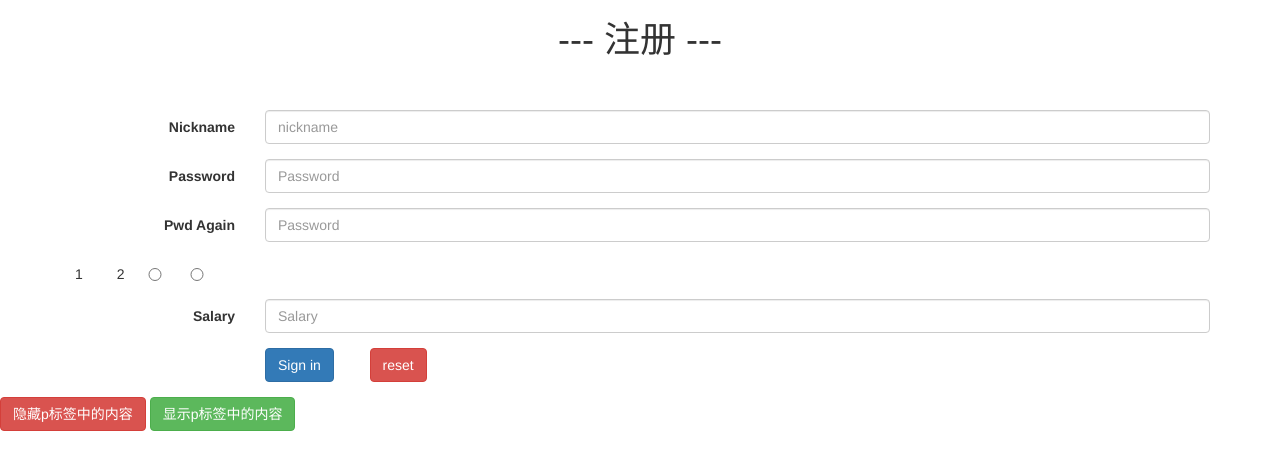
Repository: JuniorProjectTraining/free
Page: http://localhost/emss/register.jsp
These files come from the project's save history. The page is drawn as it stood at one moment and after the next save; the edit follows.
The browser window is 1280 px wide. The pictures show the whole page.
Some web libraries are served in a nearby version. The page is served by Tomcat 9. Other server files are loaded and not shown.

Above is the page before, as saved 2019-12-25 08:29:03.

### emss/src/main/webapp/register.jsp
<%@ page language="java" contentType="text/html; charset=UTF-8"
    pageEncoding="UTF-8"%>
<!DOCTYPE html>
<html lang="zh-CN">
<head>
<meta charset="UTF-8">
<title>注册界面</title>

<meta http-equiv="X-UA-Compatible" content="IE=edge">
<meta name="viewport" content="width=device-width, initial-scale=1">
<!-- 上述3个meta标签*必须*放在最前面，任何其他内容都*必须*跟随其后！ -->
<title>Bootstrap 101 Template</title>

<!-- 引入jquery框架 -->
<script src="https://cdn.staticfile.org/jquery/1.10.2/jquery.min.js"></script>

<!-- Bootstrap -->

<link
	href="https://cdn.jsdelivr.net/npm/bootstrap@3.3.7/dist/css/bootstrap.min.css"
	rel="stylesheet">

    <style type="text/css">
    	input{
    		width: 200px;
    	}

    </style>

</head>


<body>
	<div class="container">
		<h1 style="text-align: center;"> --- 注册 ---</h1>
		<br>
		<br>

		<form class="form-horizontal" action="${pageContext.request.contextPath}/EmpServlet?cmd=register"
		method="post">

			<div class="form-group">
				<label for="nickname" class="col-sm-2 control-label">Nickname</label>
				<div class="col-sm-10">
					<input type="text" class="form-control" id="nickname"
						placeholder="nickname" name="nickname" onclick="nMsg()">
				</div>
				<span id = "nicknameSpan"></span>
			</div>

			<div class="form-group">
				<label for="password1" class="col-sm-2 control-label">Password</label>
				<div class="col-sm-10">
					<input type="password" class="form-control" id="password1"
						placeholder="Password" name="password">
				</div>
				<span id = "password1Span"></span>
			</div>

			<div class="form-group">
				<label for="password2" class="col-sm-2 control-label">Pwd Again</label>
				<div class="col-sm-10">
					<input type="password" class="form-control" id="password2"
						placeholder="Password">
				</div>
				<span id = "password2Span"></span>
			</div>

			<div class="form-group">
				<label class="radio-inline">
  					<input type="radio" name="inlineRadioOptions" id="inlineRadio1" value="option1"> 1
				</label>
				<label class="radio-inline">
  					<input type="radio" name="inlineRadioOptions" id="inlineRadio2" value="option2"> 2
				</label>
			</div>

			<div class="form-group">
				<label for="salary" class="col-sm-2 control-label">Salary</label>
				<div class="col-sm-10">
					<input type="text" class="form-control" id="salary"
						placeholder="Salary" name="salary">
				</div>
				<span id = "salarySpan"></span>
			</div>

			<div class="form-group">
				<div class="col-sm-offset-2 col-sm-10">
					<button type="submit" class="btn btn-primary">Sign in</button>
					&emsp;&emsp;
					<button type="reset" class="btn btn-danger">reset</button>
				</div>
			</div>

		</form>
	</div>

	<!-- /container -->
	<!-- jQuery (Bootstrap 的所有 JavaScript 插件都依赖 jQuery，所以必须放在前边) -->
	<script
		src="https://cdn.jsdelivr.net/npm/jquery@1.12.4/dist/jquery.min.js"></script>
	<!-- 加载 Bootstrap 的所有 JavaScript 插件。你也可以根据需要只加载单个插件。 -->
	<script
		src="https://cdn.jsdelivr.net/npm/bootstrap@3.3.7/dist/js/bootstrap.min.js"></script>

		<button id="hideP" class="btn btn-danger">隐藏p标签中的内容</button>
		<button id="showP" class="btn btn-success">显示p标签中的内容</button>

</body>

<script type="text/javascript">

	/* 当光标放入到nickname的输入框中, 则提示输入信息 */
	function nMsg(){
		// alert("点击了nickname输入框");

		// 获取对应的span标签,
		var nSpan = document.getElementById("nicknameSpan");

		// 在span标签中显示提示内容
		nSpan.innerHTML = "<font color='blue'>请输入8到16位的昵称</font>";
	}

	/* 当光标放入到password的输入框中, 则提示输入信息 */
	function nMsg(){
		var nSpan = document.getElementById("password");
		nSpan.innerHTML = "<font color='blue'>请输入8到16位的密码</font>";
	}

	/* 当光标放入到pwd again的输入框中, 则提示输入信息 */
	function nMsg(){
		var nSpan = document.getElementById("password");
		nSpan.innerHTML = "<font color='blue'>请重复输入相同的密码</font>";
	}

	/* 当光标放入到password的输入框中, 则提示输入信息 */
	function nMsg(){
		var nSpan = document.getElementById("password");
		nSpan.innerHTML = "<font color='blue'>请输入工资</font>";
	}

</script>
</html>

After the next save:
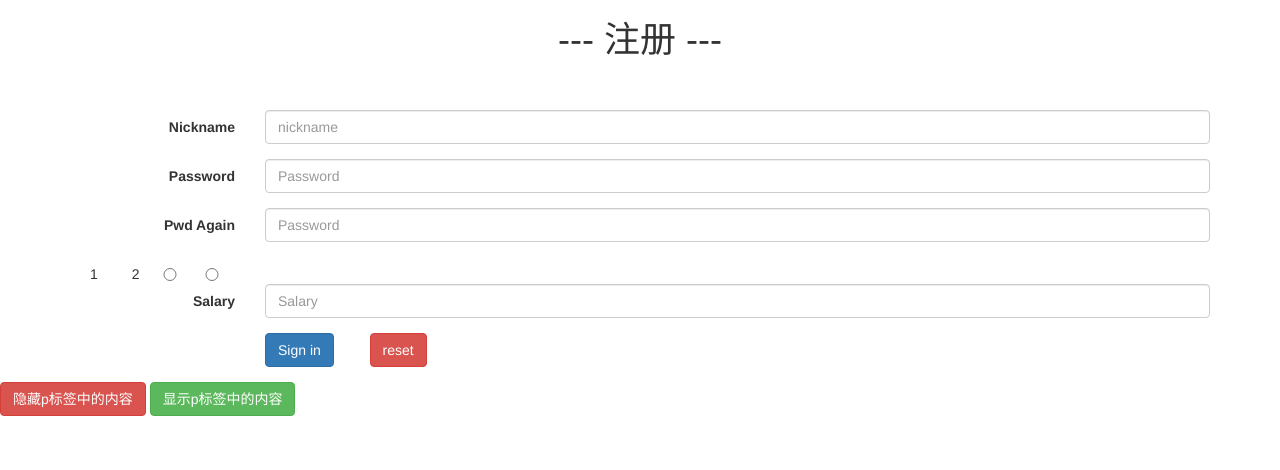
Saved 27 s later.
--- a/emss/src/main/webapp/register.jsp
+++ b/emss/src/main/webapp/register.jsp
@@ -66,14 +66,14 @@
 				<span id = "password2Span"></span>
 			</div>
 
-			<div class="form-group">
+
 				<label class="radio-inline">
   					<input type="radio" name="inlineRadioOptions" id="inlineRadio1" value="option1"> 1
 				</label>
 				<label class="radio-inline">
   					<input type="radio" name="inlineRadioOptions" id="inlineRadio2" value="option2"> 2
 				</label>
-			</div>
+
 
 			<div class="form-group">
 				<label for="salary" class="col-sm-2 control-label">Salary</label>
